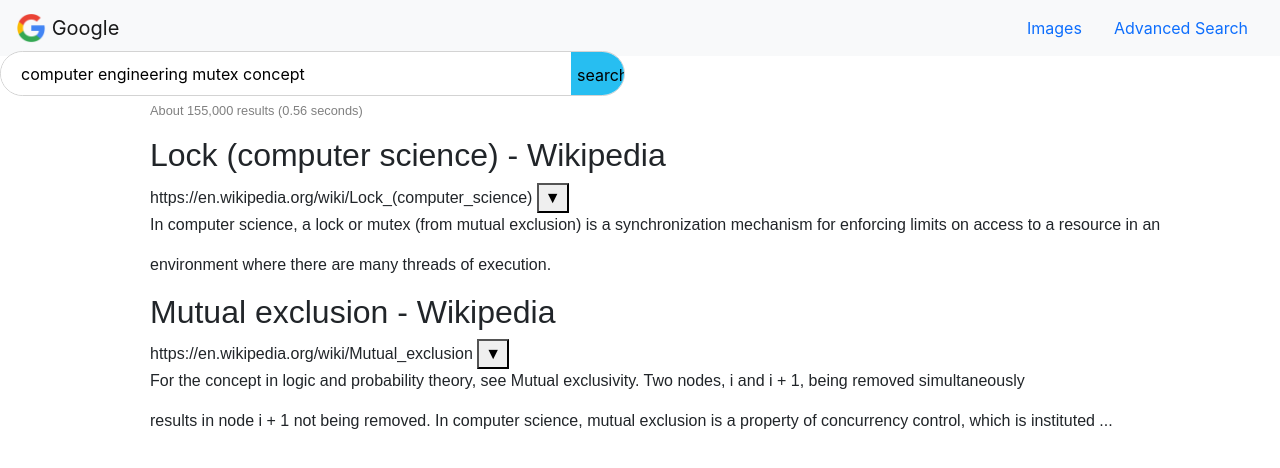
Repository: hego-team/hego-frontend
Page: /search
An editor plug-in stored every save of this project. The page is shown before and after the next save, followed by the edit.
The browser window is 1280 px wide. The pictures show the whole page.
The project was rebuilt for these pictures with package versions that can differ from the ones it lists, and the page was loaded fresh each time.

Above is the page before, as saved 2022-05-15 02:15:48.

After the next save:
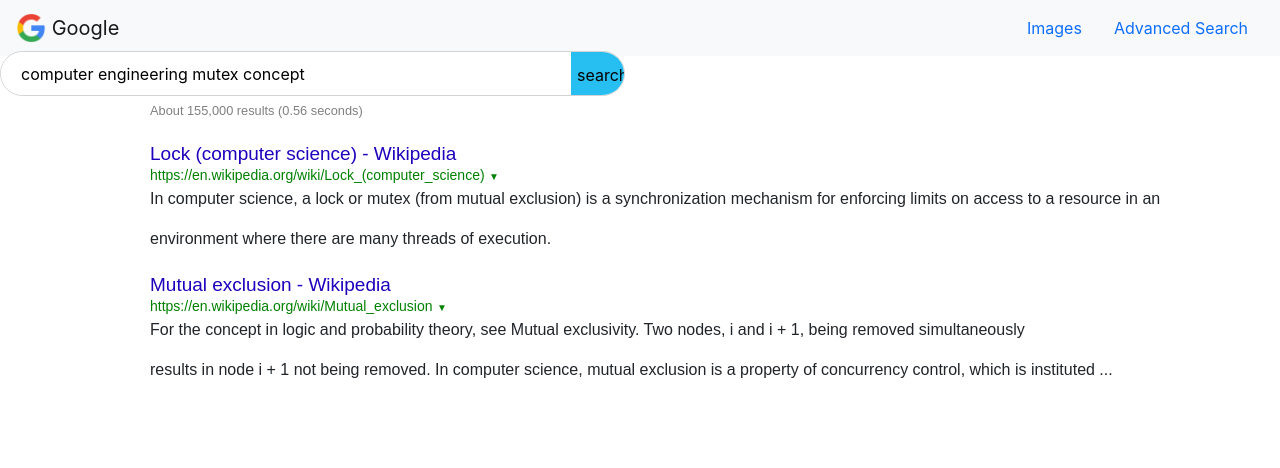
Saved 10 s later.
--- a/src/styles/result.css
+++ b/src/styles/result.css
@@ -67,3 +67,29 @@
   font-size: 0.8rem;
   color: gray;
 }
+
+.searchresult h2 {
+  font-size: 19px;
+  line-height: 18px;
+  font-weight: normal;
+  color: rgb(29, 1, 189);
+  margin-bottom: 0px;
+  margin-top: 25px;
+}
+
+.searchresult a {
+  font-size: 14px;
+  line-height: 14px;
+  color: green;
+  margin-bottom: 0px;
+}
+
+.searchresult button {
+  font-size: 10px;
+  line-height: 14px;
+  color: green;
+  margin-bottom: 0px;
+  padding: 0px;
+  border-width: 0px;
+  background-color: white;
+}
